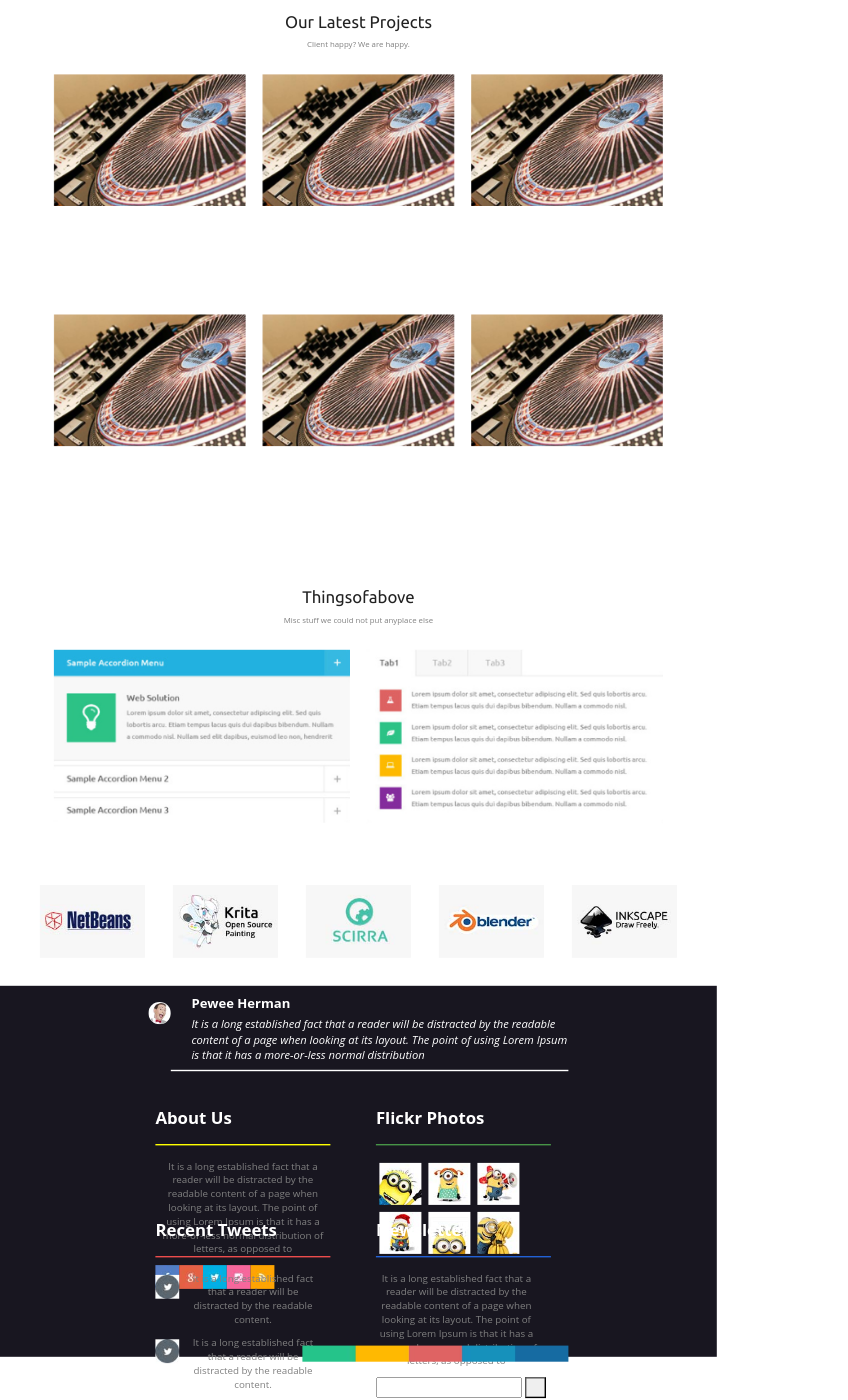
Repository: RenataDzotova/Metrolics-Renata-Beyonce
Page: index.html
These files come from the project's save history. The page is drawn as it stood at one moment and after the next save; the edit follows.
The browser window is 1024 px wide. The page is 1062 px wide, then 1212 px, then 1062 px, so the pictures cover 1212 px, including what lies to the right of the window. The pictures show the part of the page from y = 1766 to 3766 px (the page is 3766 px tall before and 3704 px after), at 70% of full size.
Some web fonts or font styles are not loaded; a fallback is used.

Above is the page before, as saved 2022-02-02 17:53:35.

After the next save:
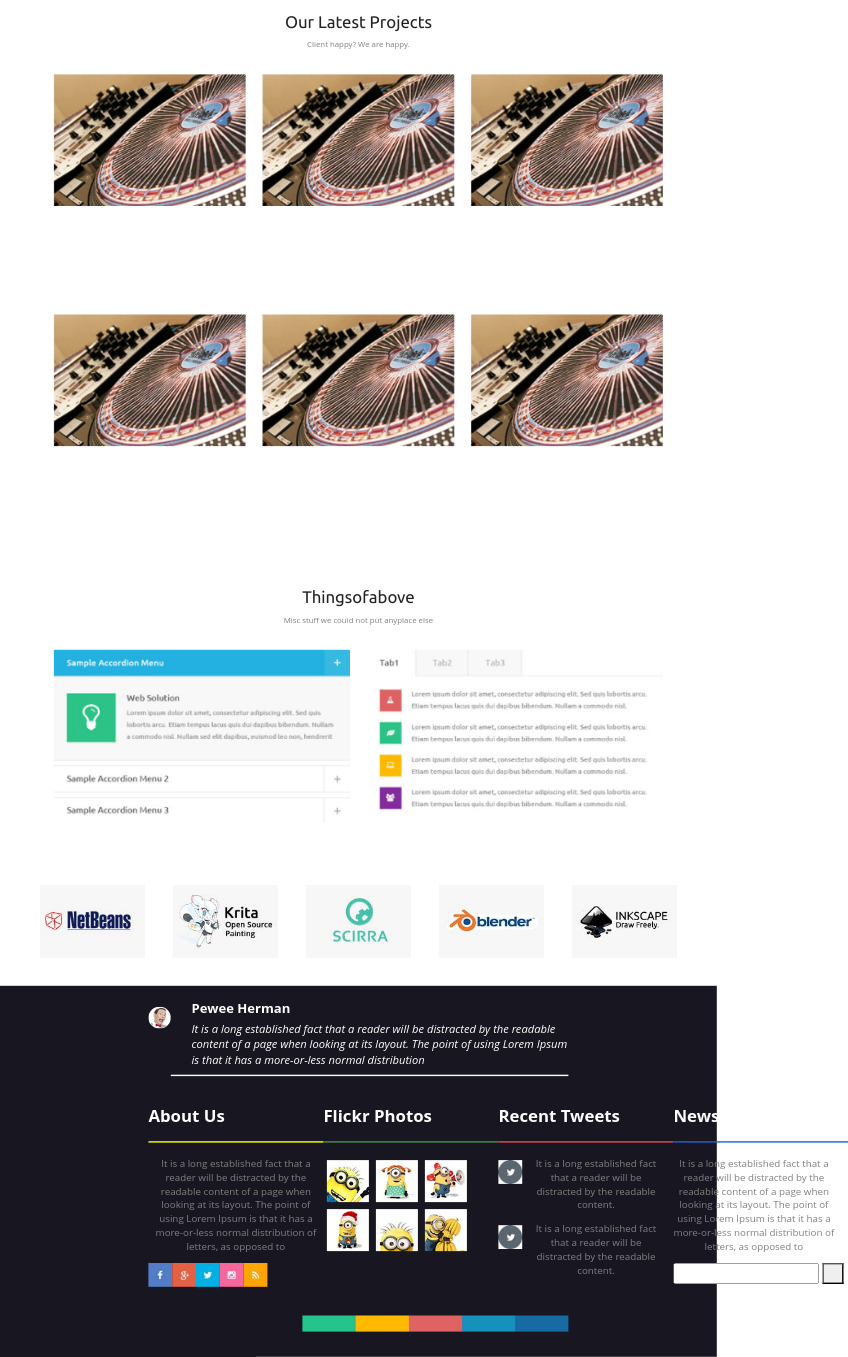
Saved 33 s later.
--- a/css/renata.css
+++ b/css/renata.css
@@ -388,12 +388,12 @@
     }
 
     .info-blocks{
-        display: grid;
+        /* display: grid;
         grid-template-columns: auto auto;
         grid-template-rows: 150px 150px;
         width: 600px;
         grid-gap: 10px;
-        padding: 10px;
+        padding: 10px; */
     }
 
     .blockOne p{

After the 2 saves that followed:
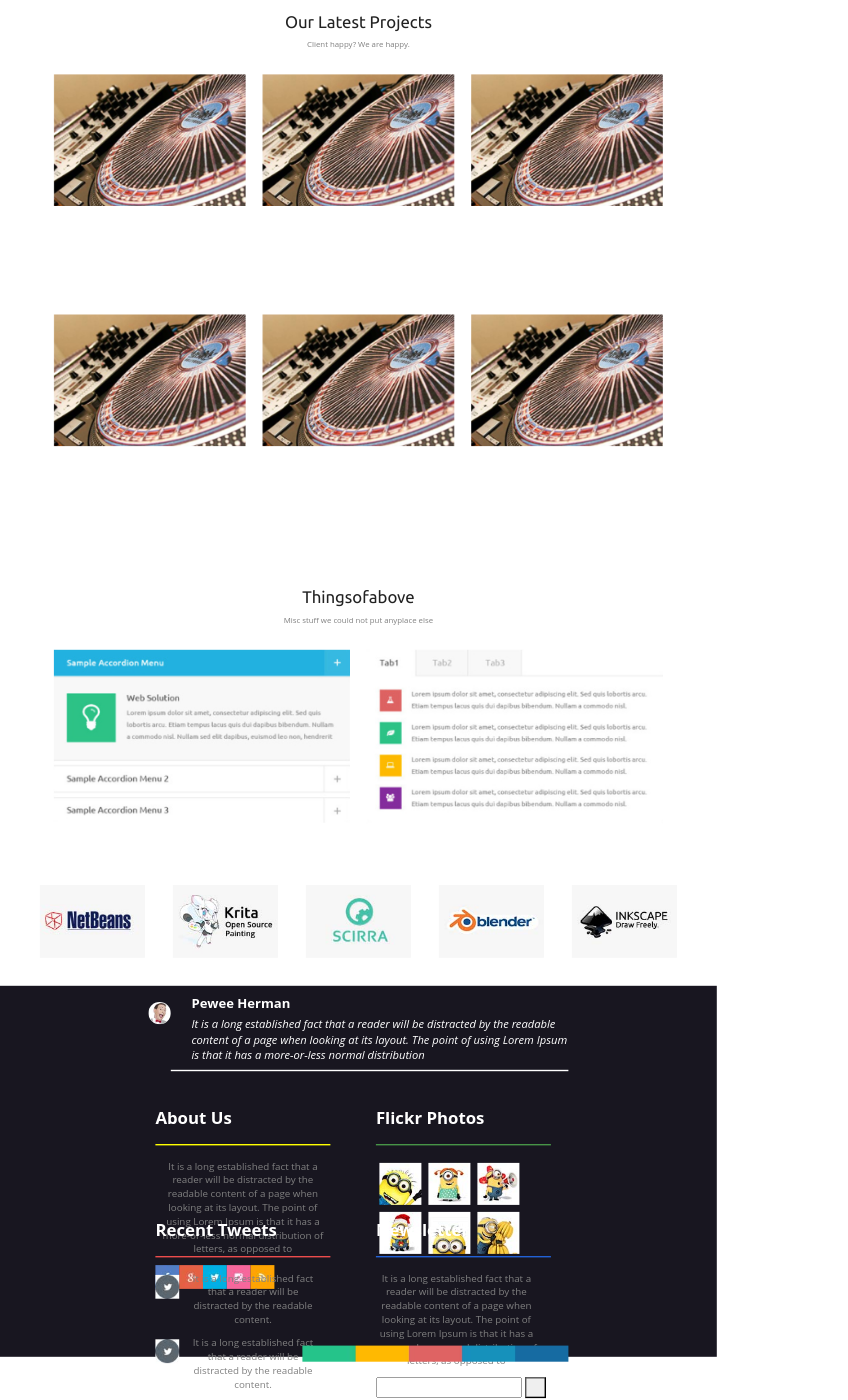
The 2 saves are shown as one change because 1 left the picture as it was.
The last was saved 57 s later.
--- a/css/renata.css
+++ b/css/renata.css
@@ -388,12 +388,12 @@
     }
 
     .info-blocks{
-        /* display: grid;
+        display: grid;
         grid-template-columns: auto auto;
         grid-template-rows: 150px 150px;
         width: 600px;
         grid-gap: 10px;
-        padding: 10px; */
+        padding: 10px;
     }
 
     .blockOne p{
